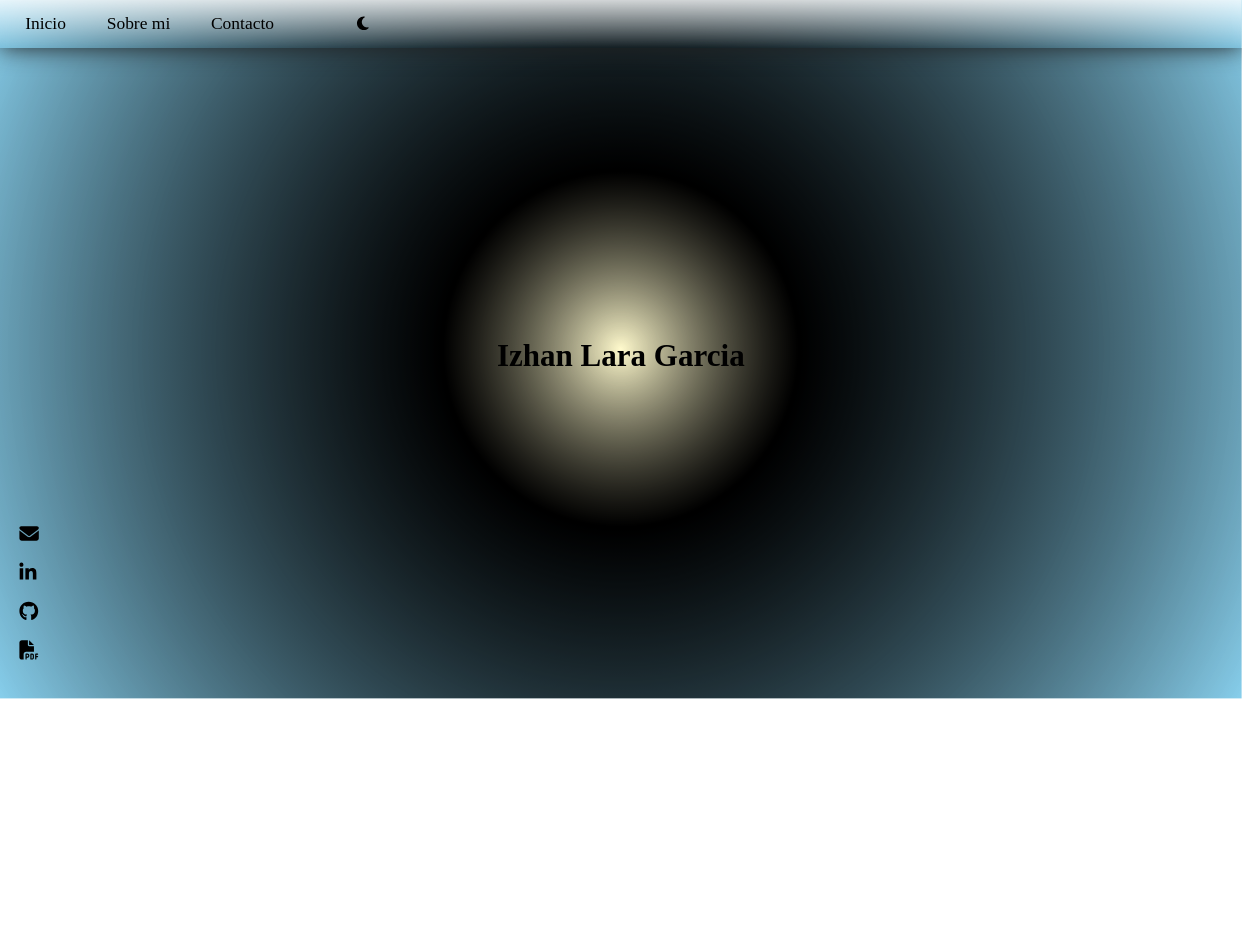
Repository: izhanlaraagarcia/izhanlaraagarcia.github.io
Page: / (app in vite-project/)
The author's editor kept a copy of each file at every save. The page is drawn from the files as they stood at one save, then again after the next save.
The browser window is 1280 px wide. The pictures show the whole page, at 97% of full size.
The project was rebuilt for these pictures with package versions that can differ from the ones it lists, and the page was loaded fresh each time. Also part of the build but not shown: vite-project/vite.config.js, vite-project/src/pages/About/styles/about.scss, vite-project/src/pages/About/about.jsx, vite-project/src/pages/Contact/contact.jsx.

Above is the page before, as saved 2024-08-19 14:21:13.

After the next save:
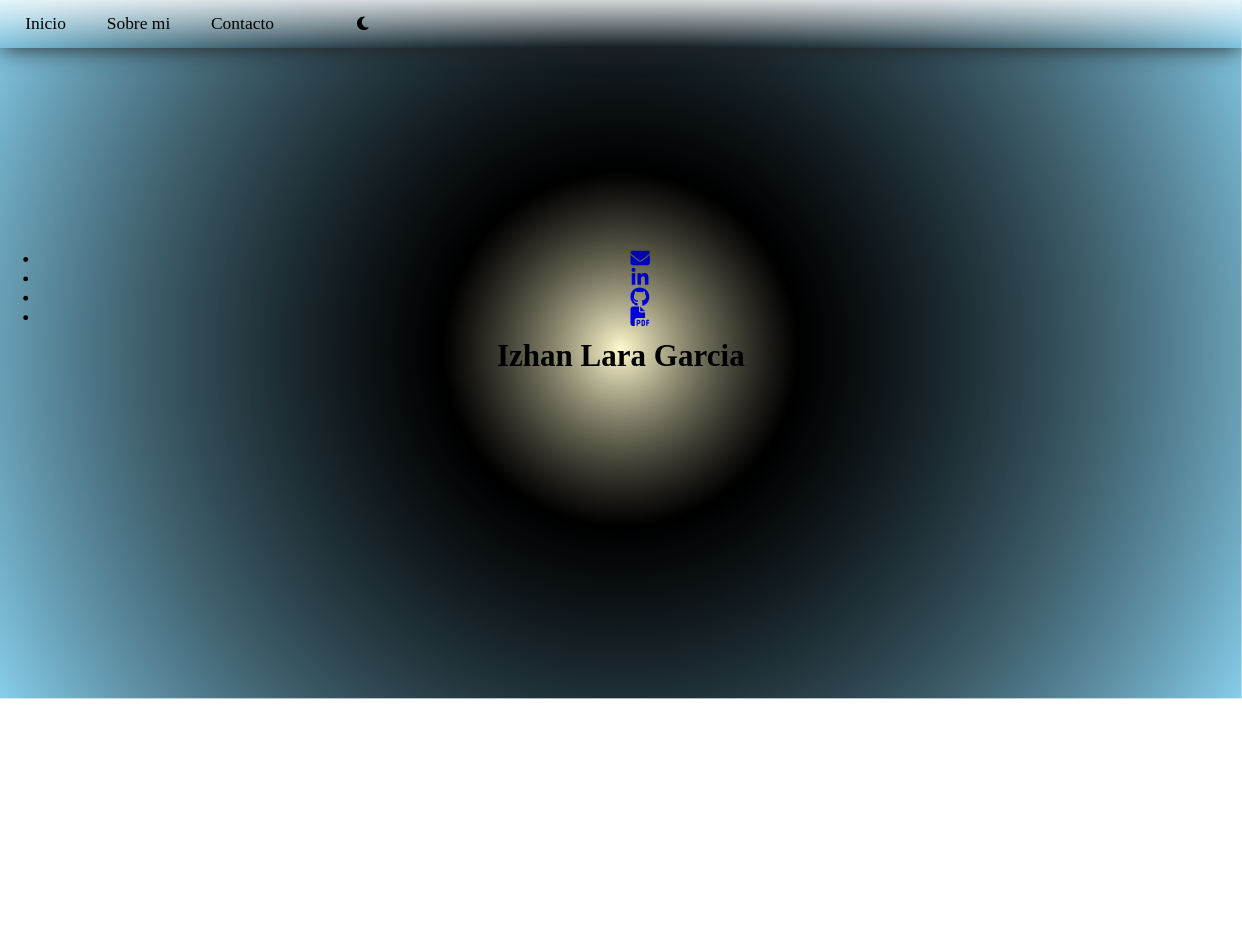
Saved 72 s later.
--- a/vite-project/src/Componentes-Generales/styles/social.scss
+++ b/vite-project/src/Componentes-Generales/styles/social.scss
@@ -1,27 +1,27 @@
-.social-media-container {
-  position: absolute; // Posiciona el contenedor en la parte inferior
-  bottom: 0; // Posiciona el contenedor en la parte inferior
-  left: 0; // Posiciona el contenedor en la parte izquierda
-  padding: 20px; // Agrega un padding para que no se peguen a los bordes
-  ul {
-    list-style: none; // Elimina los puntos de la lista
-    padding: 0; // Elimina el padding de la lista
-    margin: 0; // Elimina el margen de la lista
-    text-align: left; // Alinea el texto a la izquierda
-  }
-  li {
-    margin-bottom: 20px; // Agrega un margen inferior para separar los items
-  }
-  a {
-    color: black; // Texto blanco
-    text-decoration: none; // Elimina el subrayado de los enlaces
-  }
-  a:hover {
-    color: #ccc; // Texto gris claro al pasar el mouse
-    cursor: pointer;
-  }
-  .fa-icon {
-    font-size: 30px; // Tamaño de los iconos
-    margin-right: 10px; // Agrega un margen derecho para separar los iconos del texto
-  }
-}
+// .social-media-container {
+//   position: absolute; // Posiciona el contenedor en la parte inferior
+//   bottom: 0; // Posiciona el contenedor en la parte inferior
+//   left: 0; // Posiciona el contenedor en la parte izquierda
+//   padding: 20px; // Agrega un padding para que no se peguen a los bordes
+//   ul {
+//     list-style: none; // Elimina los puntos de la lista
+//     padding: 0; // Elimina el padding de la lista
+//     margin: 0; // Elimina el margen de la lista
+//     text-align: left; // Alinea el texto a la izquierda
+//   }
+//   li {
+//     margin-bottom: 20px; // Agrega un margen inferior para separar los items
+//   }
+//   a {
+//     color: black; // Texto blanco
+//     text-decoration: none; // Elimina el subrayado de los enlaces
+//   }
+//   a:hover {
+//     color: #ccc; // Texto gris claro al pasar el mouse
+//     cursor: pointer;
+//   }
+//   .fa-icon {
+//     font-size: 30px; // Tamaño de los iconos
+//     margin-right: 10px; // Agrega un margen derecho para separar los iconos del texto
+//   }
+// }

After the save that followed:
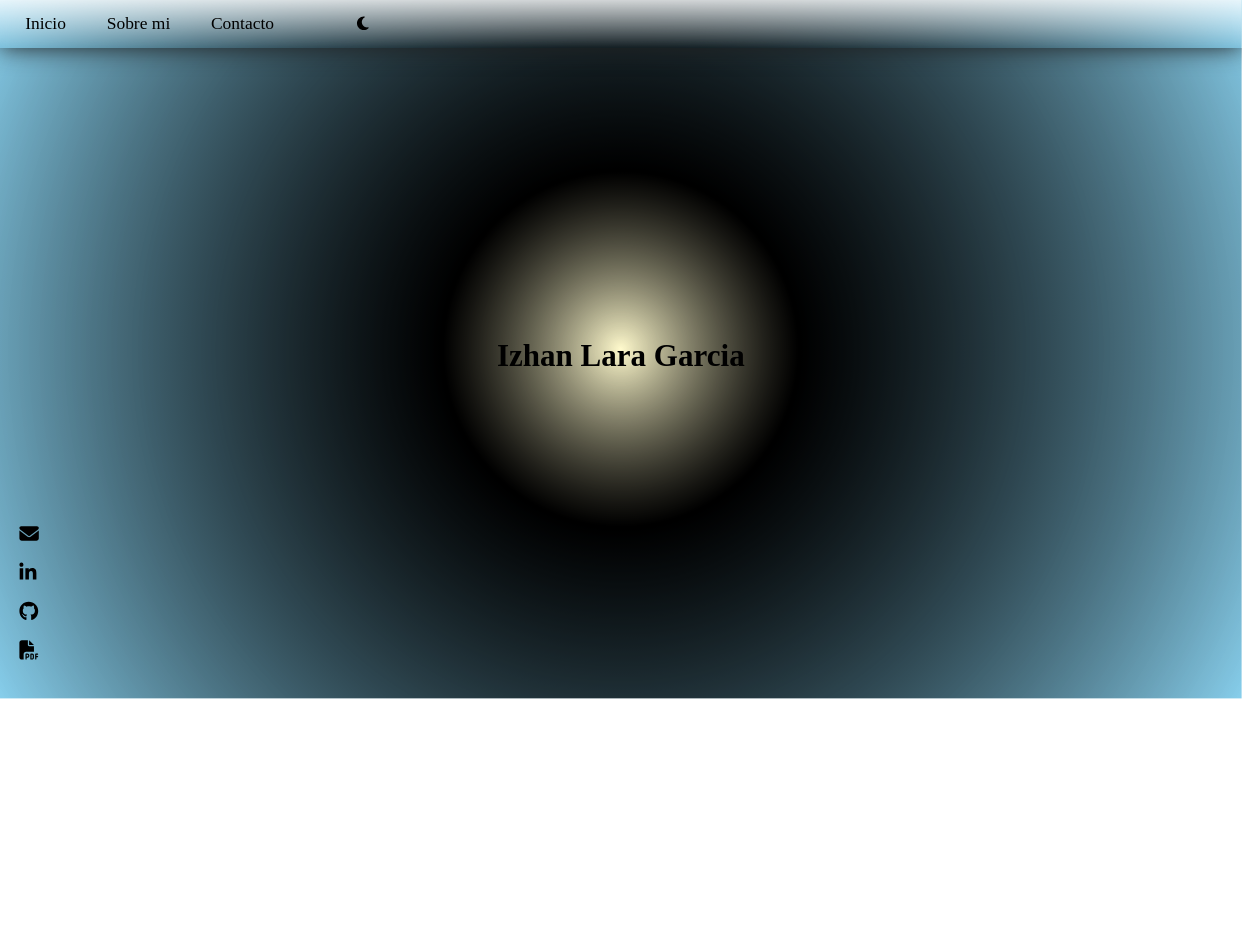
Saved 4 s later.
--- a/vite-project/src/Componentes-Generales/styles/social.scss
+++ b/vite-project/src/Componentes-Generales/styles/social.scss
@@ -1,27 +1,27 @@
-// .social-media-container {
-//   position: absolute; // Posiciona el contenedor en la parte inferior
-//   bottom: 0; // Posiciona el contenedor en la parte inferior
-//   left: 0; // Posiciona el contenedor en la parte izquierda
-//   padding: 20px; // Agrega un padding para que no se peguen a los bordes
-//   ul {
-//     list-style: none; // Elimina los puntos de la lista
-//     padding: 0; // Elimina el padding de la lista
-//     margin: 0; // Elimina el margen de la lista
-//     text-align: left; // Alinea el texto a la izquierda
-//   }
-//   li {
-//     margin-bottom: 20px; // Agrega un margen inferior para separar los items
-//   }
-//   a {
-//     color: black; // Texto blanco
-//     text-decoration: none; // Elimina el subrayado de los enlaces
-//   }
-//   a:hover {
-//     color: #ccc; // Texto gris claro al pasar el mouse
-//     cursor: pointer;
-//   }
-//   .fa-icon {
-//     font-size: 30px; // Tamaño de los iconos
-//     margin-right: 10px; // Agrega un margen derecho para separar los iconos del texto
-//   }
-// }
+.social-media-container {
+  position: absolute; // Posiciona el contenedor en la parte inferior
+  bottom: 0; // Posiciona el contenedor en la parte inferior
+  left: 0; // Posiciona el contenedor en la parte izquierda
+  padding: 20px; // Agrega un padding para que no se peguen a los bordes
+  ul {
+    list-style: none; // Elimina los puntos de la lista
+    padding: 0; // Elimina el padding de la lista
+    margin: 0; // Elimina el margen de la lista
+    text-align: left; // Alinea el texto a la izquierda
+  }
+  li {
+    margin-bottom: 20px; // Agrega un margen inferior para separar los items
+  }
+  a {
+    color: black; // Texto blanco
+    text-decoration: none; // Elimina el subrayado de los enlaces
+  }
+  a:hover {
+    color: #ccc; // Texto gris claro al pasar el mouse
+    cursor: pointer;
+  }
+  .fa-icon {
+    font-size: 30px; // Tamaño de los iconos
+    margin-right: 10px; // Agrega un margen derecho para separar los iconos del texto
+  }
+}
